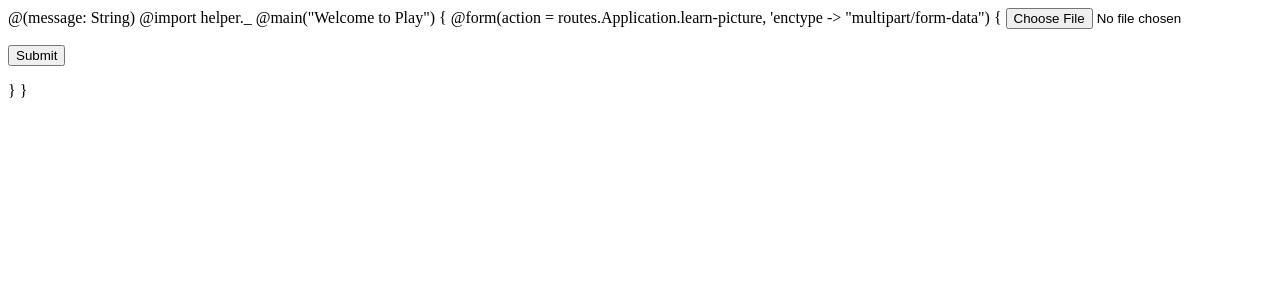
Repository: ackdom/opencv-surf
Page: surfbackend/.target/views/learn.scala.html
The author's editor kept a copy of each file at every save. The page is drawn from the files as they stood at one save, then again after the next save.
The browser window is 1280 px wide. The pictures show the whole page.

Above is the page before, as saved 2013-12-06 12:45:23.

After the next save:
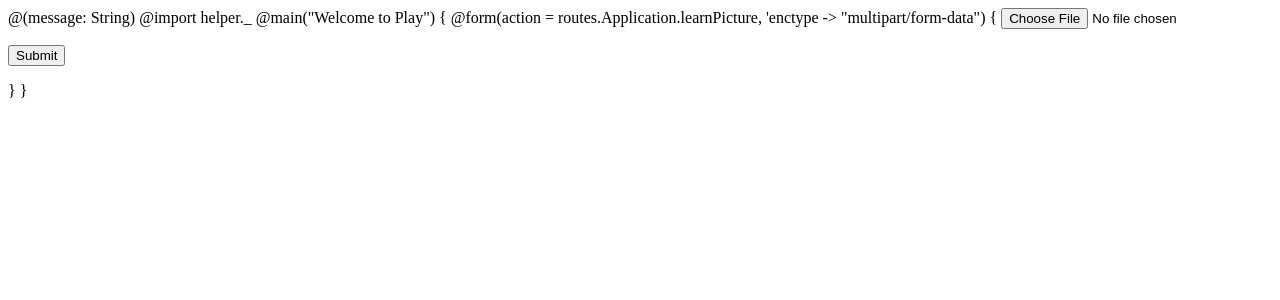
Saved 32 s later.
--- a/surfbackend/.target/views/learn.scala.html
+++ b/surfbackend/.target/views/learn.scala.html
@@ -3,7 +3,7 @@
 
 @main("Welcome to Play") {
 
-@form(action = routes.Application.learn-picture, 'enctype -> "multipart/form-data") {
+@form(action = routes.Application.learnPicture, 'enctype -> "multipart/form-data") {
 
     <input type="file" name="picture">
 
